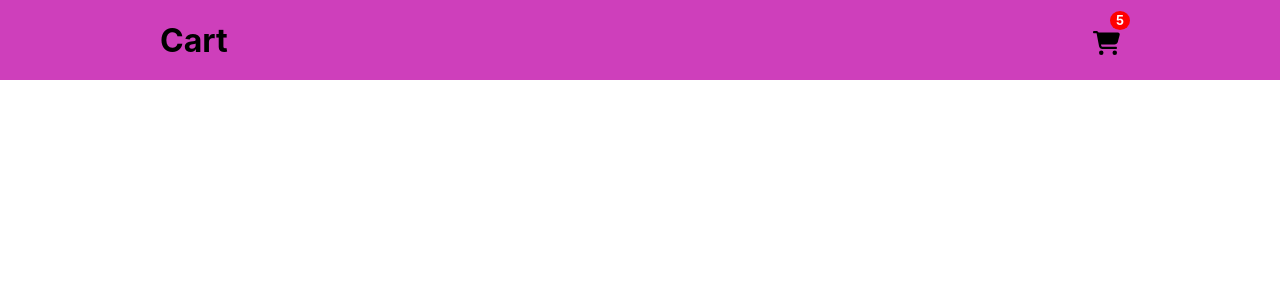
Repository: sriram1224/Cart-react-app
Page: /
An editor plug-in stored every save of this project. The page is shown before and after the next save, followed by the edit.
The browser window is 1280 px wide. The pictures show the whole page.
The project was rebuilt for these pictures with package versions that can differ from the ones it lists, and the page was loaded fresh each time.

Above is the page before, as saved 2024-03-12 13:50:48.

### src/App.js
import Nav from "./Components/Nav.js"
import './App.css';

function App() {
  return (
    <div className="App">
      <Nav />
    </div>
  );
}

export default App;

### src/Components/Nav.js
import { FontAwesomeIcon } from '@fortawesome/react-fontawesome';
import { faShoppingCart } from '@fortawesome/free-solid-svg-icons';
import './Navbar.css';
const cartCount = 5;
function Navbar() {
  return (
      <div className="nav-container">
      <div className="cart">
          <div className="heading">
              <h1>
              Cart
              </h1>
          </div>
      <h1>
        <div className="cart-icon-container">
          <FontAwesomeIcon icon={faShoppingCart} className="cart-icon" />
          {cartCount > 0 && (
            <span className="cart-count">{cartCount}</span>
          )}
        </div>

      </h1>
    </div>
      </div>
  );
}

export default Navbar;

### src/Components/Navbar.css
.cart-icon-container {
    position: relative;
    display: inline-block;
}

.cart-icon {
    font-size: 1.5rem;
    /* Adjust the size as needed */
}

.cart-count {
    position: absolute;
    top: -10px;
    /* Adjust the vertical positioning */
    right: -10px;
    /* Adjust the horizontal positioning */
    background-color: red;
    color: white;
    border-radius: 50%;
    padding: 2px 6px;
    font-size: 0.8rem;
    /* Adjust the font size as needed */
}

.cart{
    display: flex;
    justify-content: space-between;
    margin: 0 10rem;
    align-items: center;

}

.heading{
text-align: center;
}

.nav-container{
    width: 100%;
    height: 5rem;
    background-color:rgb(206, 63, 187)
}

Loaded but not shown: public/index.html (common file); src/index.js (common file); src/index.css (common file); src/reportWebVitals.js (common file); src/App.css (common file)

After the next save:
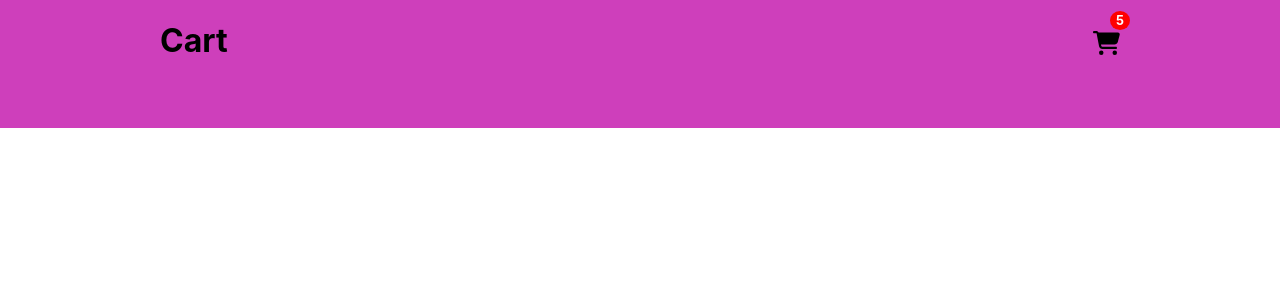
Saved 7 s later.
--- a/src/Components/Navbar.css
+++ b/src/Components/Navbar.css
@@ -36,6 +36,6 @@ text-align: center;
 
 .nav-container{
     width: 100%;
-    height: 5rem;
+    height: 8rem;
     background-color:rgb(206, 63, 187)
 }
